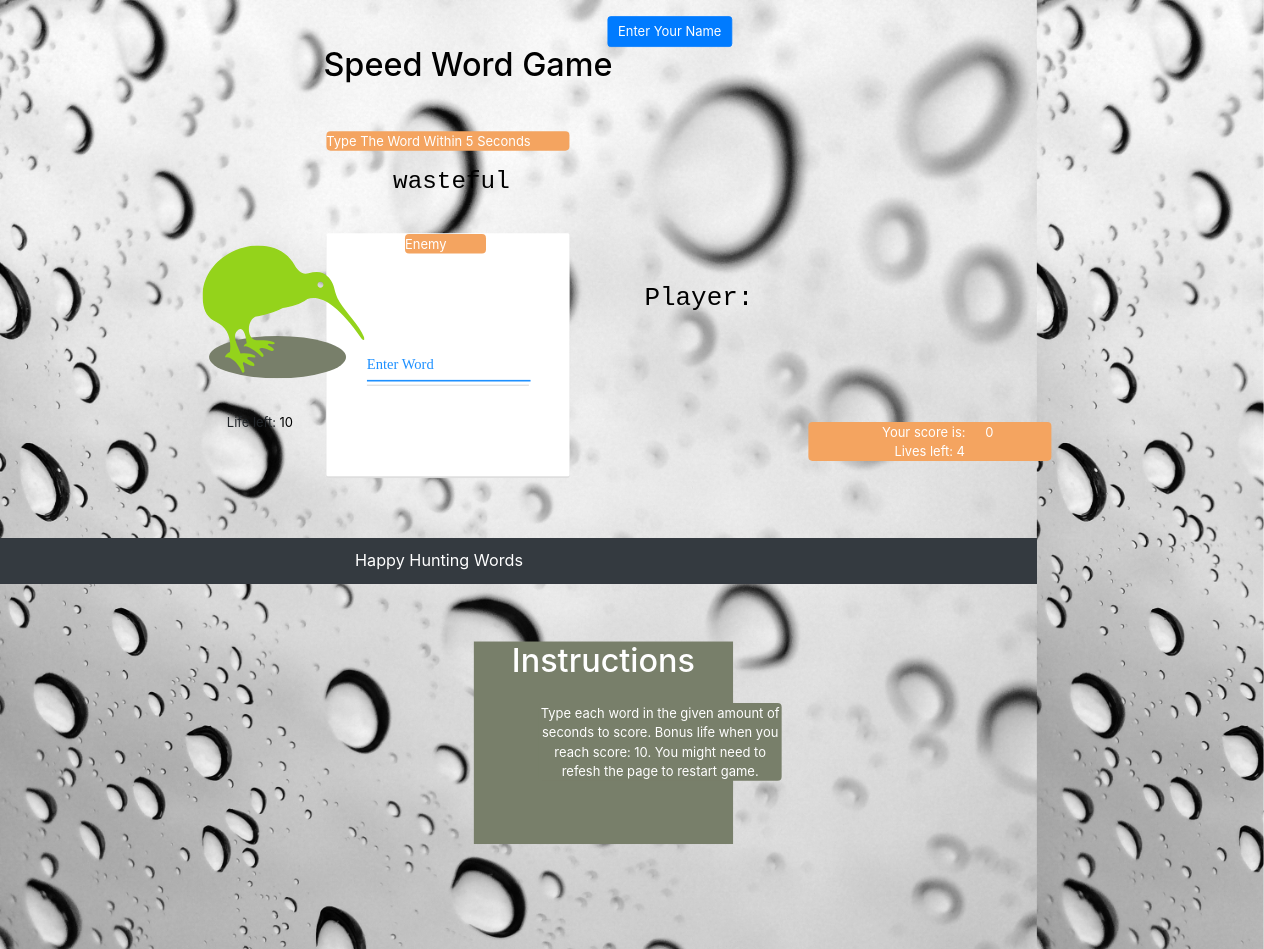
Repository: konstantin0s/word-game-project
Page: modal.html
The author's editor kept a copy of each file at every save. The page is drawn from the files as they stood at one save, then again after the next save.
The browser window is 1280 px wide. The page is 1560 px wide, so the pictures cover 1560 px, including what lies to the right of the window. The pictures show the whole page, at 81% of full size.
Backgrounds fixed to the window are drawn as part of the page. Some web libraries are served in a nearby version.

Above is the page before, as saved 2019-02-14 11:07:22.

After the next save:
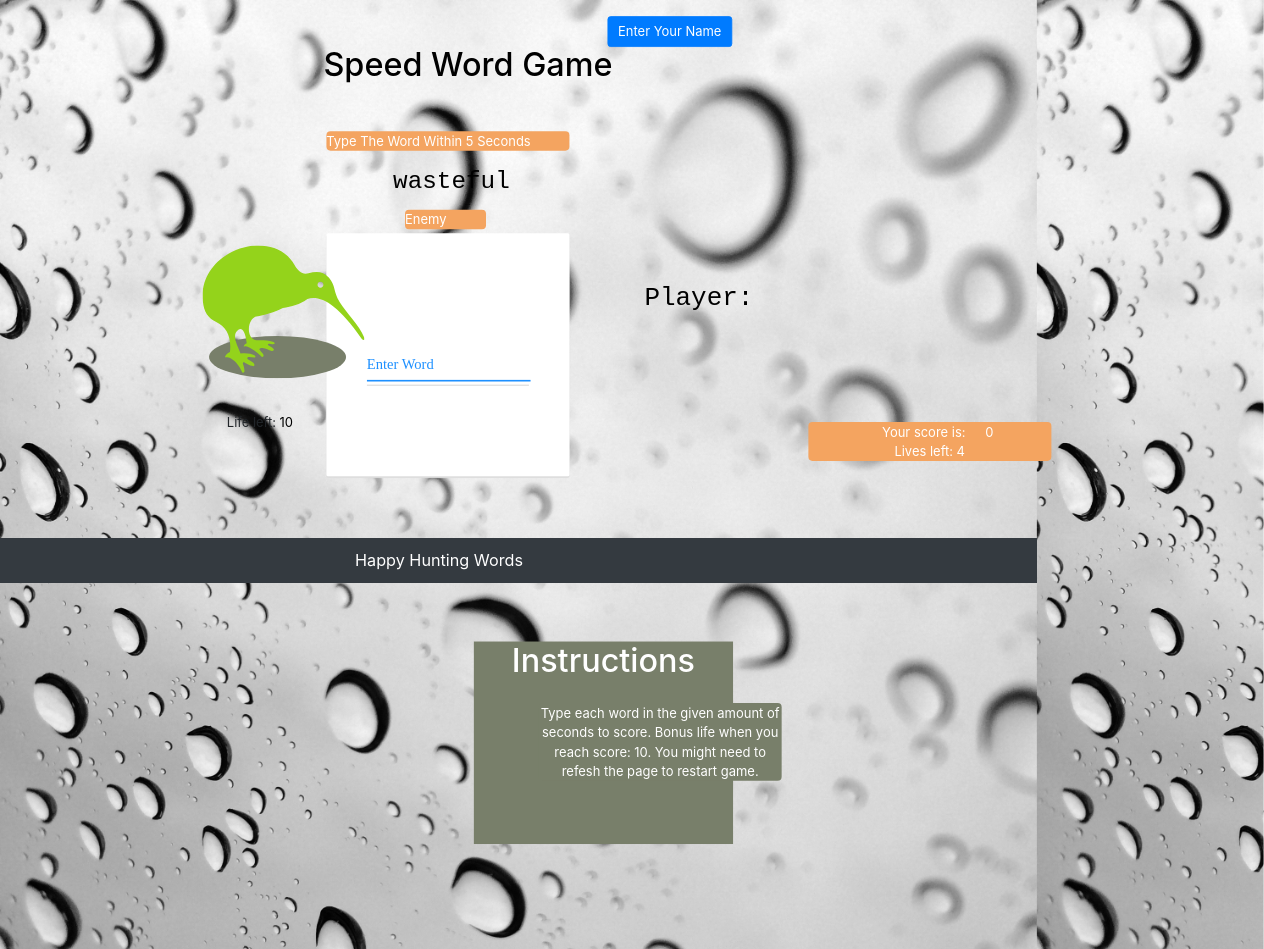
Saved 82 s later.
--- a/css/style.css
+++ b/css/style.css
@@ -219,7 +219,7 @@ b {
 
 #messageP {
   position: relative;
-  top: -50px;
+  top: -80px;
   width: 100px;
   left: 500px;
 }
